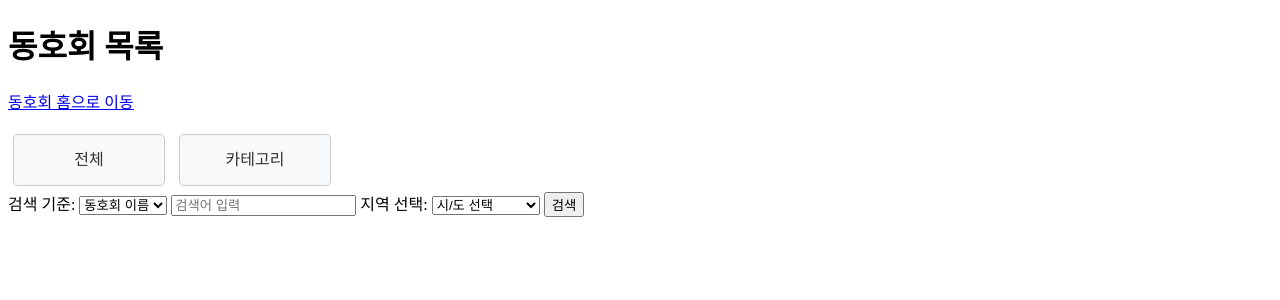
Repository: HB1112/cloud
Page: http://localhost/Solocare/WEB-INF/views/club/clubList.jsp
These files come from the project's save history. The page is drawn as it stood at one moment and after the next save; the edit follows.
The browser window is 1280 px wide. The pictures show the whole page.
The page is served by Tomcat 9. Nobody is signed in. The template is opened directly, without the code that normally fills it, so the values that code supplies are empty.

Above is the page before, as saved 2024-12-16 05:18:06.

After the next save:
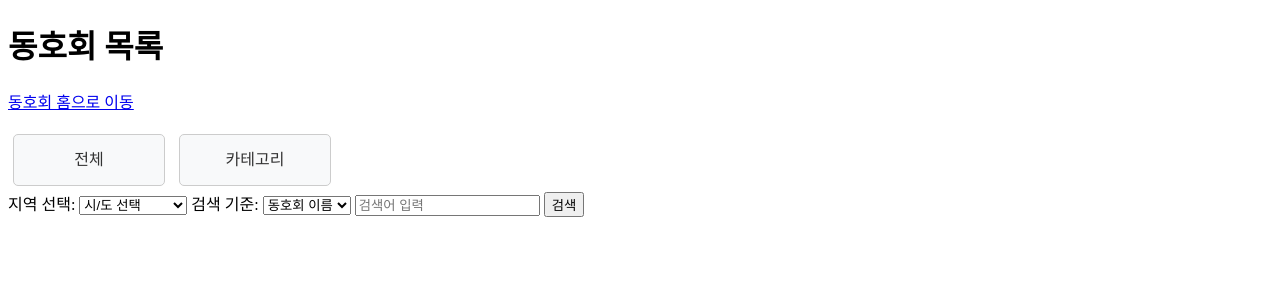
Saved 20 s later.
--- a/Solocare/src/main/webapp/WEB-INF/views/club/clubList.jsp
+++ b/Solocare/src/main/webapp/WEB-INF/views/club/clubList.jsp
@@ -64,13 +64,7 @@
 
     <!-- 검색 폼 수정 -->
     <form method="GET" action="${pageContext.request.contextPath}/club/list">
-        <label for="searchType">검색 기준:</label>
-        <select name="searchType" id="searchType">
-            <option value="clubName">동호회 이름</option>
-            <option value="clubDescription">설명</option>
-        </select>
-        <input type="text" name="query" placeholder="검색어 입력" required>
-        <label for="regionSelect">지역 선택:</label>
+    	<label for="regionSelect">지역 선택:</label>
 	        <select name="region" id="regionSelect">
 	            <option value="">시/도 선택</option>
 	            <option value="서울특별시">서울특별시</option>
@@ -90,6 +84,13 @@
 	            <option value="경상남도">경상남도</option>
 	            <option value="제주특별자치도">제주특별자치도</option>
 	        </select>
+        <label for="searchType">검색 기준:</label>
+        <select name="searchType" id="searchType">
+            <option value="clubName">동호회 이름</option>
+            <option value="clubDescription">설명</option>
+        </select>
+        <input type="text" name="query" placeholder="검색어 입력" required>
+
         <button type="submit">검색</button>
     </form>
 
